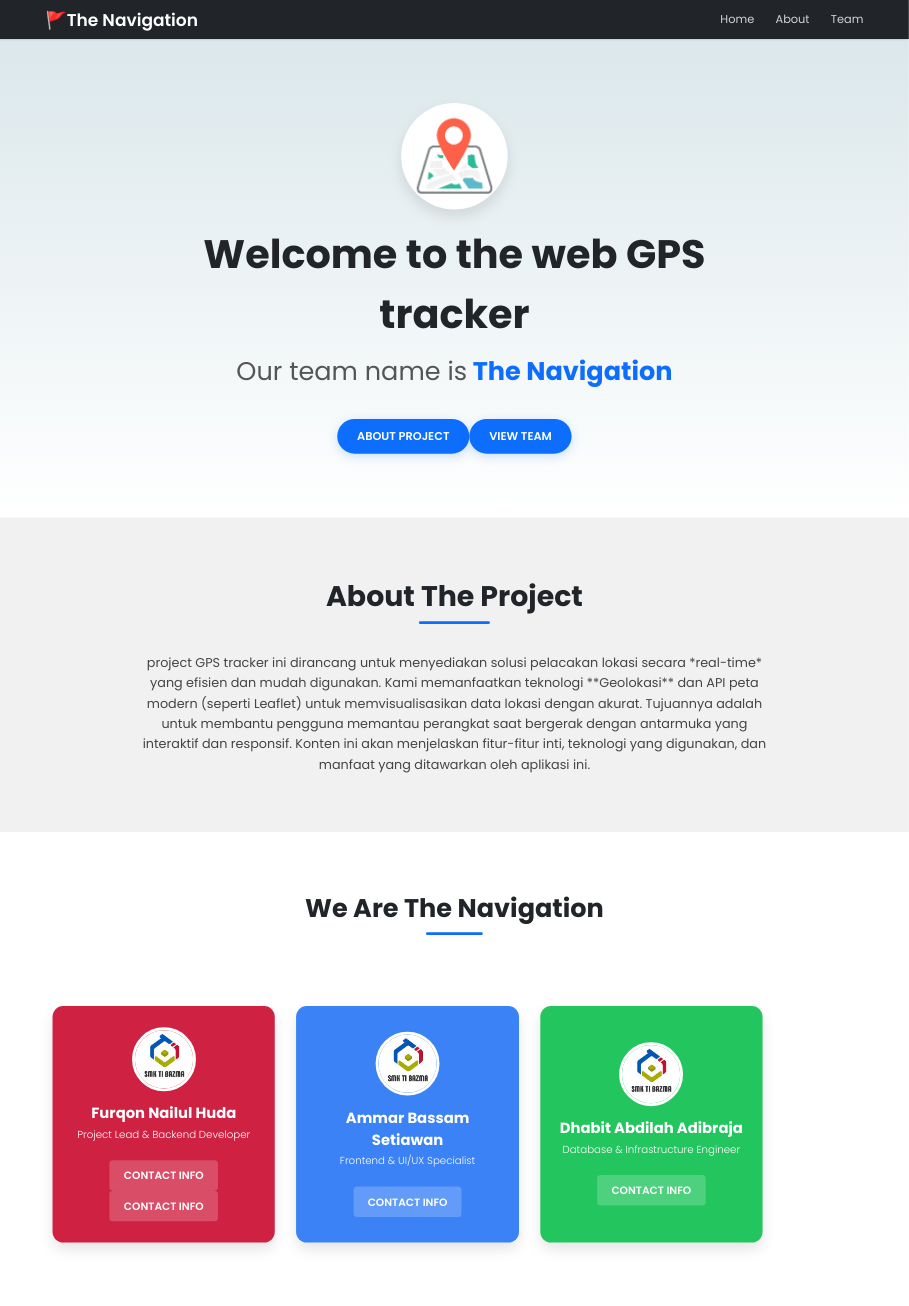
Repository: ammarsetiawan/gps-traker
Page: about.html
The author's editor kept a copy of each file at every save. The page is drawn from the files as they stood at one save, then again after the next save.
The browser window is 1280 px wide. The pictures show the whole page, at 71% of full size.

Above is the page before, as saved 2025-11-27 16:49:35.

After the next save:
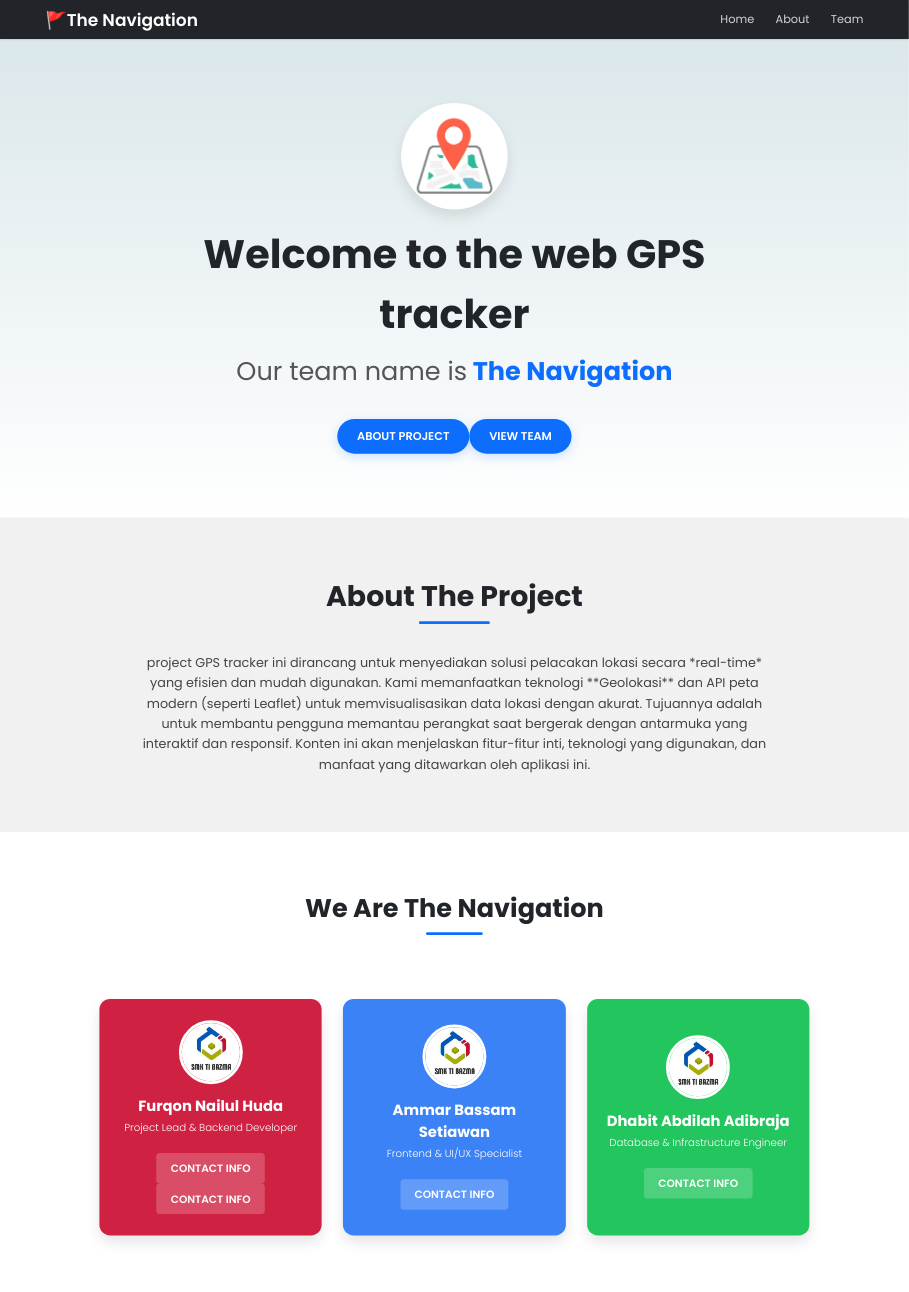
Saved 11 s later.
--- a/about.html
+++ b/about.html
@@ -279,7 +279,7 @@
             max-width: 1000px;
             margin: 0 auto;
             padding-bottom: 50px;
-            margin: 10px;
+
         }
 
         .cards .card {
